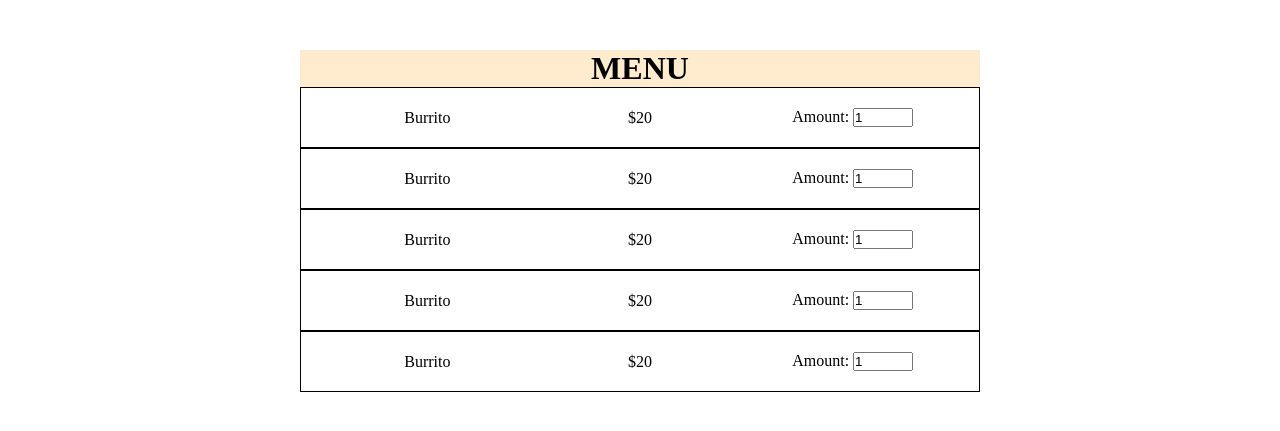
Repository: LamQuocPhu/JungTalent
Page: http://localhost/
The author's editor kept a copy of each file at every save. The page is drawn from the files as they stood at one save, then again after the next save.
The browser window is 1280 px wide. The pictures show the whole page.
The page is served by the project's Node server (index.js).

Above is the page before, as saved 2023-10-25 23:07:18.

### views/cart.ejs
<!DOCTYPE html>
<html lang="en">
  <head>
    <meta charset="UTF-8" />
    <meta name="viewport" content="width=device-width, initial-scale=1.0" />
    <title>Document</title>
    <link rel="stylesheet" href="/css/style.css" />
  </head>
  <body>
    <div class="wrapper">
        <div class="header">
            <h1>MENU</h1>
        </div>
        <div class="cart-container">
            <div class="cart-item">
                <div class="item-name">
                  <span>Burrito</span>
                </div>
                <div class="item-price">
                  <span>$20</span>
                </div>
                <div class="item-amount">
                  <span>Amount:</span>
                  <input type="number" value="1" min="1" max="100" />
                </div>


              </div>
              <div class="cart-item">
                <div class="item-name">
                  <span>Burrito</span>
                </div>
                <div class="item-price">
                  <span>$20</span>
                </div>
                <div class="item-amount">
                  <span>Amount:</span>
                  <input type="number" value="1" min="1" max="100" />
                </div>
              </div>
              <div class="cart-item">
                <div class="item-name">
                  <span>Burrito</span>
                </div>
                <div class="item-price">
                  <span>$20</span>
                </div>
                <div class="item-amount">
                  <span>Amount:</span>
                  <input type="number" value="1" min="1" max="100" />
                </div>
              </div>
              <div class="cart-item">
                <div class="item-name">
                  <span>Burrito</span>
                </div>
                <div class="item-price">
                  <span>$20</span>
                </div>
                <div class="item-amount">
                  <span>Amount:</span>
                  <input type="number" value="1" min="1" max="100" />
                </div>
              </div>
              <div class="cart-item">
                <div class="item-name">
                  <span>Burrito</span>
                </div>
                <div class="item-price">
                  <span>$20</span>
                </div>
                <div class="item-amount">
                  <span>Amount:</span>
                  <input type="number" value="1" min="1" max="100" />
                </div>
              </div>
        </div>

    </div>
  </body>
</html>

### index.js
var express = require('express');
var app = express();
const PORT = process.env.PORT || 3003;
const bodyParser = require("body-parser");
const path = require("path");


app.set("view engine", "ejs");
app.set("views", "./views");
app.use(bodyParser.urlencoded({ extended: true }));
app.use(express.static(path.join(__dirname, 'public')));


app.listen(PORT, () => {
    console.log(`Server start on port ${PORT}`);
})

app.get('/', (req, res) => {
    res.render('cart');
});

### public/css/style.css
* {
  margin: 0;
  padding: 0;
  box-sizing: border-box;
}

.wrapper {
  margin-block: 50px;
  width: 100%;
  height: auto;
  text-align: center;
  padding-inline: 300px;
}

.header{
    background-color: blanchedalmond;
}

.cart-item {
  border: 1px solid #000;
  display: flex;
  justify-content: center;
  align-items: center;
  width: 100%;
  padding: 20px;
}
.item-name {
  width: 33.33%;
}
.item-price {
  width: 33.33%;
}
.item-amount {
  width: 33.33%;
}

After the next save:
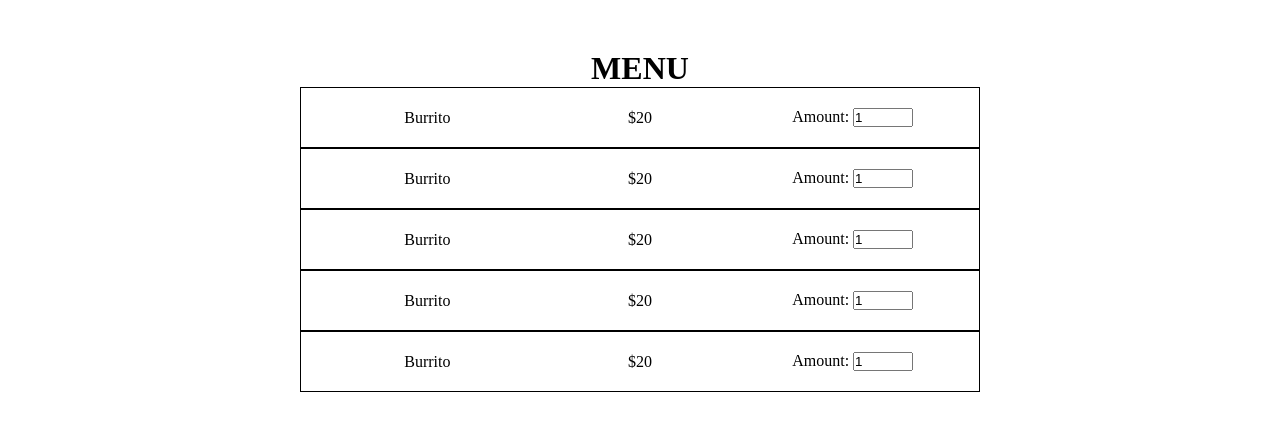
Saved 18 s later.
--- a/public/css/style.css
+++ b/public/css/style.css
@@ -11,6 +11,8 @@
   text-align: center;
   padding-inline: 300px;
 }
+
+.cart
 
 .header{
     background-color: blanchedalmond;

After the 2 saves that followed:
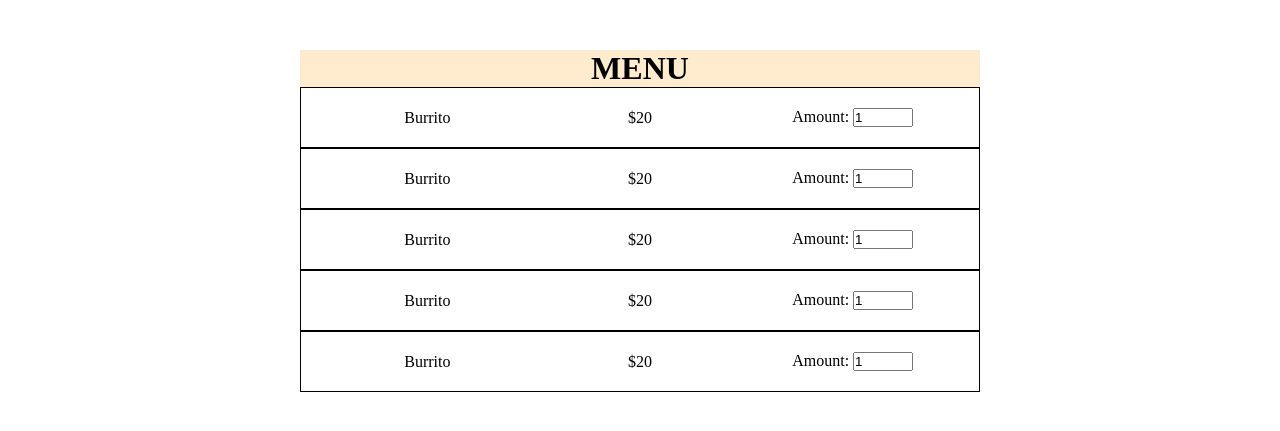
The 2 saves are shown as one change because they came seconds apart.
The last was saved 7 s later.
--- a/public/css/style.css
+++ b/public/css/style.css
@@ -12,7 +12,9 @@
   padding-inline: 300px;
 }
 
-.cart
+.cart-container {
+
+}
 
 .header{
     background-color: blanchedalmond;
